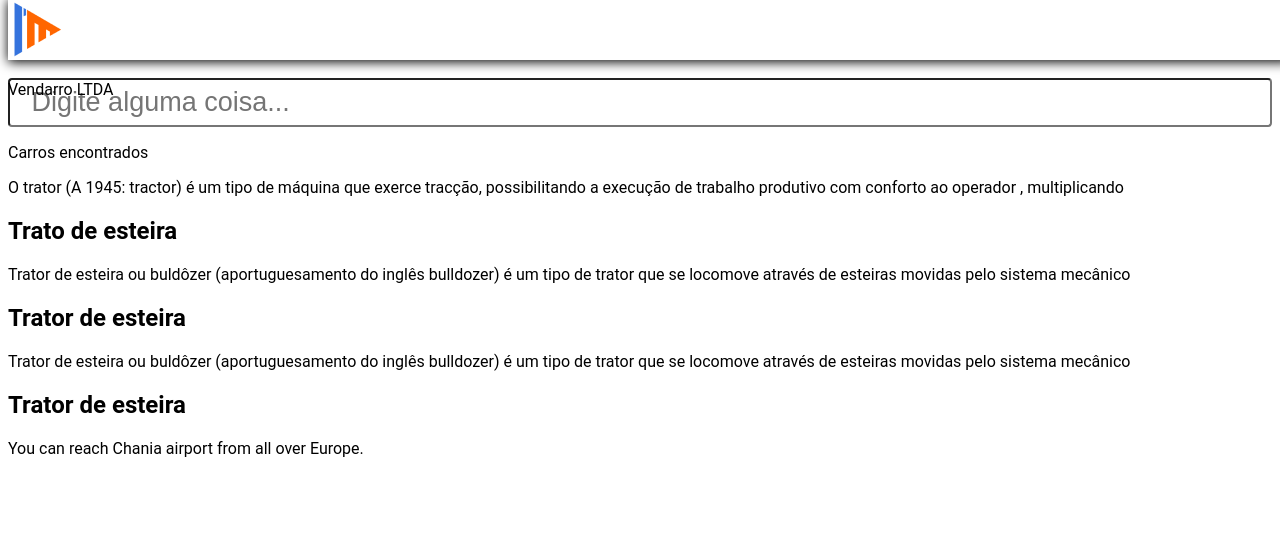
Repository: ecrseer/pesquisa-carros-html
Page: index.html
An editor plug-in stored every save of this project. The page is shown before and after the next save, followed by the edit.
The browser window is 1280 px wide. The pictures show the whole page.

Above is the page before, as saved 2022-01-21 16:40:27.

After the next save:
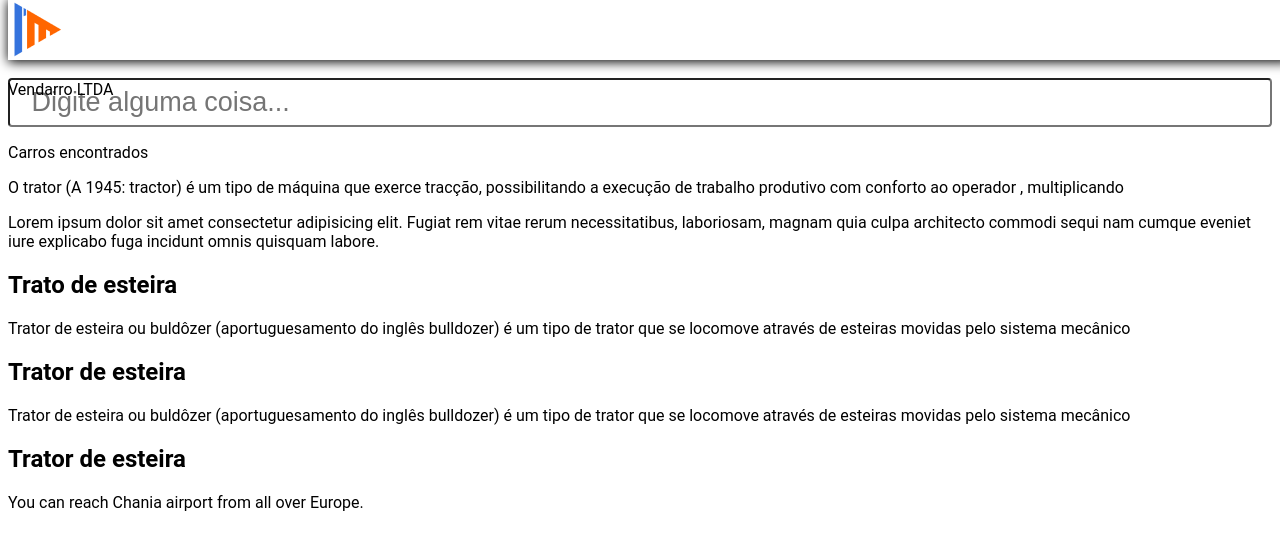
Saved 4 s later.
--- a/index.html
+++ b/index.html
@@ -32,6 +32,7 @@
           <p>O trator (A 1945: tractor) é um tipo de máquina que exerce tracção,
              possibilitando a execução de trabalho produtivo com conforto ao operador
              , multiplicando </p>
+             <p>Lorem ipsum dolor sit amet consectetur adipisicing elit. Fugiat rem vitae rerum necessitatibus, laboriosam, magnam quia culpa architecto commodi sequi nam cumque eveniet iure explicabo fuga incidunt omnis quisquam labore.</p>
         </div>
 
         <div class="col-3 col-s-12">
